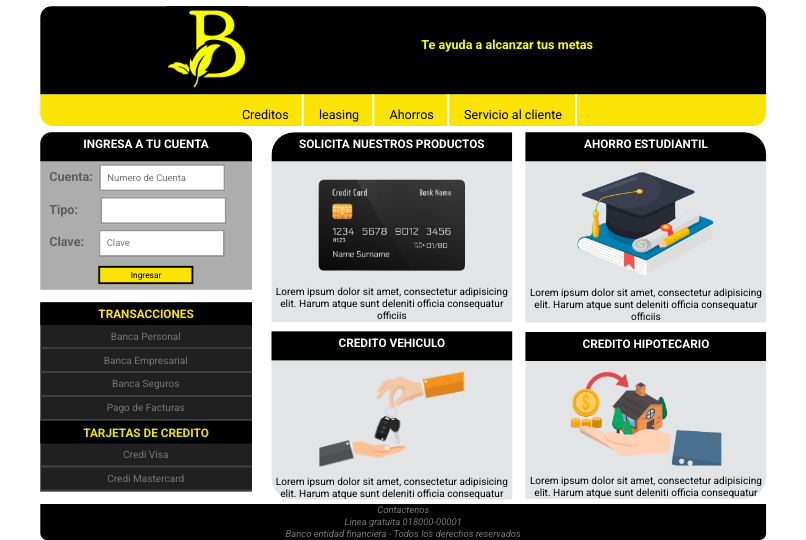
Repository: NickArregoces/BANCOOP
Page: Index.html
An editor plug-in stored every save of this project. The page is shown before and after the next save, followed by the edit.
The browser window is 1280 px wide. The pictures show the whole page, at 63% of full size.

Above is the page before, as saved 2021-10-08 21:41:49.

After the next save:
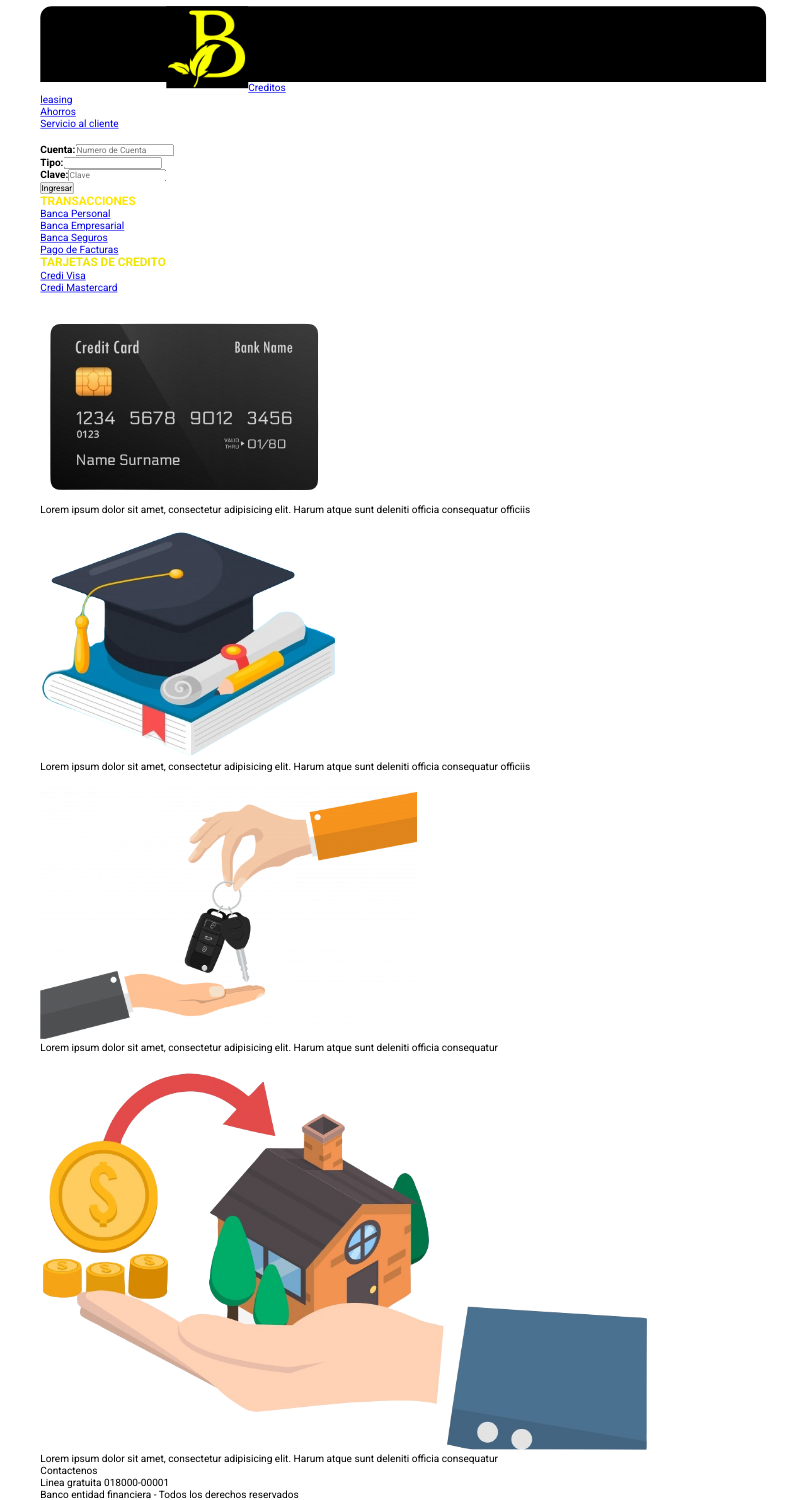
Saved 6 s later.
--- a/CSS/Style.css
+++ b/CSS/Style.css
@@ -23,9 +23,7 @@ header{
         float: left;
         width: 130px;
         margin-left: 200px;
-    }
-
-    }
+
     header .title h1{
         float: right;
         width: 60%;

After the 3 saves that followed:
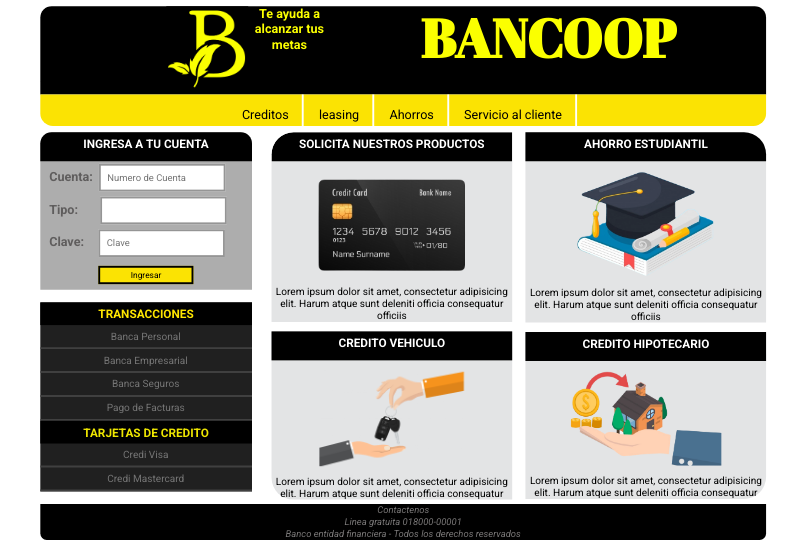
The 3 saves are shown as one change because they came seconds apart.
The last was saved 8 s later.
--- a/CSS/Style.css
+++ b/CSS/Style.css
@@ -23,7 +23,7 @@ header{
         float: left;
         width: 130px;
         margin-left: 200px;
-
+    }
     header .title h1{
         float: right;
         width: 60%;
